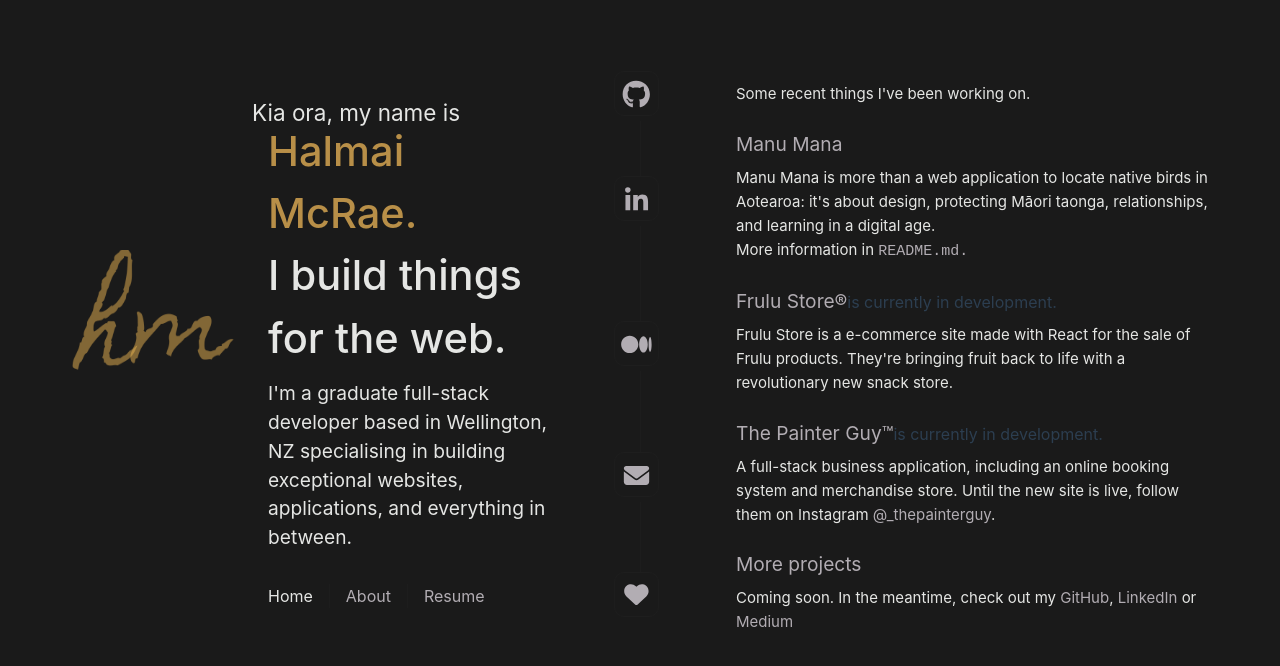
Repository: halmai-mcrae/halmai-vue-portfolio
Page: /
An editor plug-in stored every save of this project. The page is shown before and after the next save, followed by the edit.
The browser window is 1280 px wide. The pictures show the whole page.
The project was rebuilt for these pictures with package versions that can differ from the ones it lists, and the page was loaded fresh each time. Also part of the build but not shown: vite.config.ts.

Above is the page before, as saved 2022-09-07 21:11:42.

After the next save:
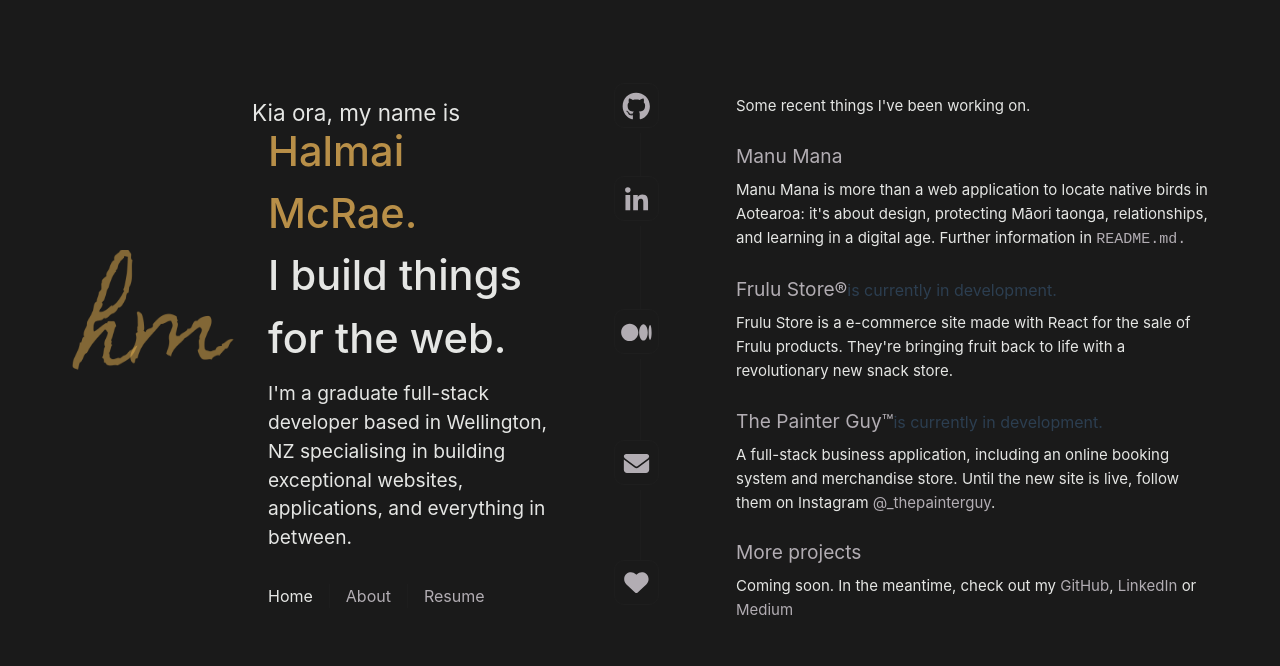
Saved 38 s later.
--- a/src/components/TheWelcome.vue
+++ b/src/components/TheWelcome.vue
@@ -35,8 +35,7 @@
     </template>
     Manu Mana is more than a web application to locate native birds in Aotearoa: it's about
     design, protecting Māori taonga,
-    relationships, and learning in a digital age.
-    <br />More information in
+    relationships, and learning in a digital age. Further information in
     <a
       href="https://github.com/halmai-mcrae/Manu-Mana#readme"
       ><code>README.md.</code></a
